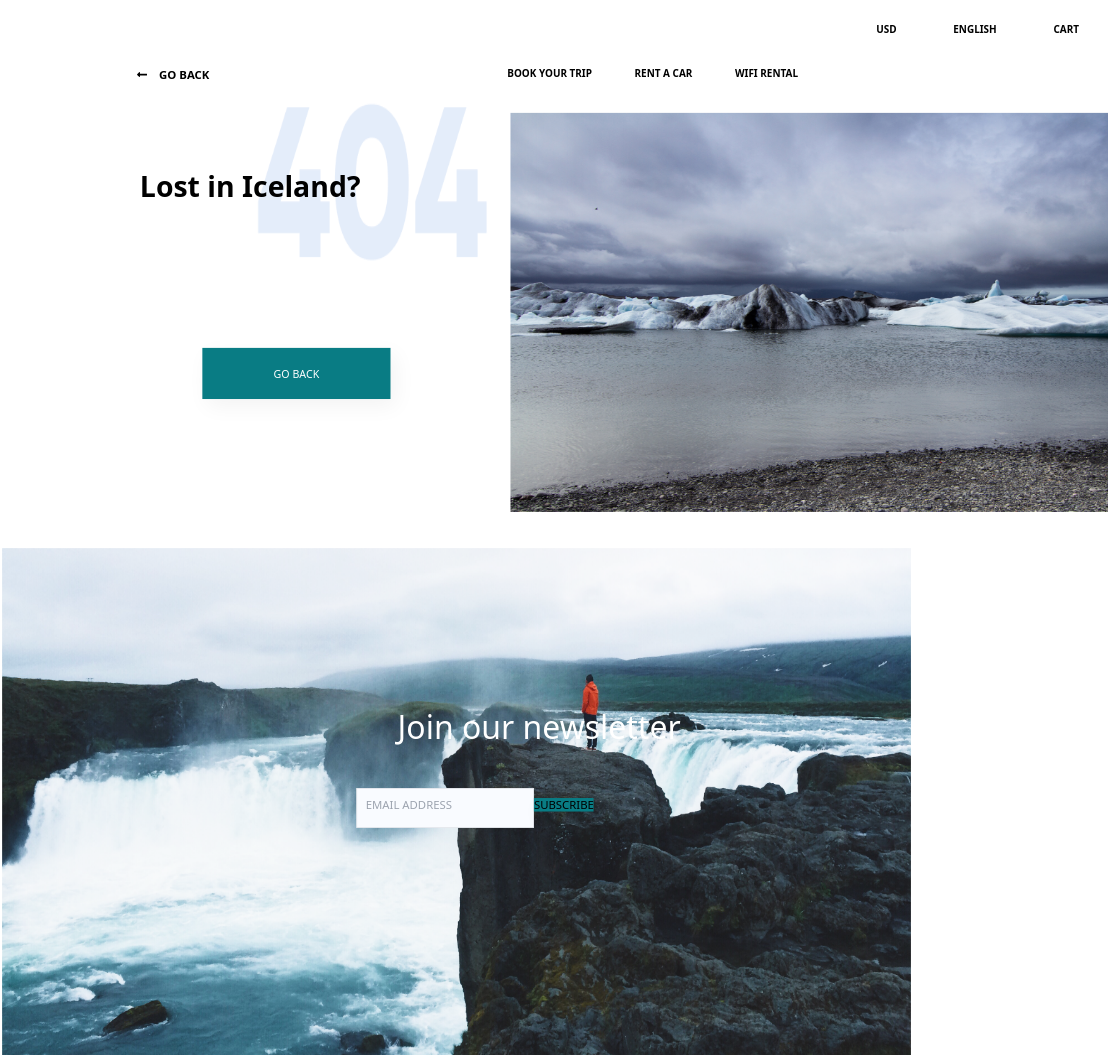
Repository: uh-sman/Iceland
Page: /
These files come from the project's save history. The page is drawn as it stood at one moment and after the next save; the edit follows.
The browser window is 1280 px wide. The page is 1561 px wide, so the pictures cover 1561 px, including what lies to the right of the window. The pictures show the whole page, at 71% of full size.
The project was rebuilt for these pictures with package versions that can differ from the ones it lists, and the page was loaded fresh each time.

Above is the page before, as saved 2022-09-08 23:09:57.

### src/App.js
import logo from "./logo.svg";
import "./App.css";
import { Topnav } from "./components/Topnav";
import { FullNav } from "./components/FullNav";
import { Body } from "./Body";

function App() {
  return (
    <div className="App">
      <FullNav />
      <Body />
    </div>
  );
}

export default App;

### src/App.css
* {
  margin: 0;
  padding: 0;
  /* scroll-behavior: none; */
}
.custom {
  background: #097c84;
  box-shadow: 7px 10px 30px rgba(0, 0, 0, 0.05);
  line-height: 18.57px;
}
.button {
  padding: 10px 5px 20px 12px;
  background: #f9fbff;
  border: 1px solid #e1e3e9;
}

### src/components/Topnav.js
import React from "react";

export const Topnav = () => {
  return (
    <div className="container w-full py-[31px]">
      <nav className="absolute left-[1234px]">
        <ul className="space-x-20 text-sm font-semibold">
          <a href="">USD</a>
          <a href="">ENGLISH</a>
          <a href="">CART</a>
        </ul>
      </nav>
    </div>
  );
};

### src/components/FullNav.jsx
import React from "react";
import { Bottomnav } from "./Bottomnav";
import { Hero } from "./Hero";
import { Newsletter } from "./Newsletter";
import { Topnav } from "./Topnav";

export const FullNav = () => {
  return (
    <div>
      <Topnav />
      <Bottomnav />
      <Hero />
      <div className="h-[51px]">{/* <Newsletter /> */}</div>
    </div>
  );
};

### src/Body.js
import React from "react";
import { Newsletter } from "./components/Newsletter";

export const Body = () => {
  return (
    <div>
      <Newsletter />
    </div>
  );
};

### src/components/Bottomnav.js
import React from "react";
import { FaLongArrowAltLeft } from "react-icons/fa";
export const Bottomnav = () => {
  return (
    <nav className="container w-full">
      <div className="py-[31px]">
        <div className="container">
          <h1 className="flex items-center gap-4 absolute left-[192px]">
            <FaLongArrowAltLeft />
            <a className=" cursor-pointer font-semibold text-md">GO BACK</a>
          </h1>
        </div>
        <div className="container">
          <div className="absolute right-[156px]">
            <ul className="space-x-[60px] text-sm font-semibold cursor-pointer">
              <a>BOOK YOUR TRIP</a>
              <a>RENT A CAR</a>
              <a>WIFI RENTAL</a>
            </ul>
          </div>
        </div>
      </div>
    </nav>
  );
};

### src/components/Hero.js
import React from "react";
import four from "../Assets/404.png";
import img from "../Assets/404 background 1.png";
import { Button } from "./Button";
export const Hero = () => {
  return (
    <div>
      <div className="container">
        <img
          src={four}
          className="absolute left-[363px] top-[146px] h-[221px] w-[323px]"
        />
      </div>
      <div className="container inset-3">
        <h1 className="font-semibold text-[40px] absolute left-[197px] top-[232px] ">
          Lost in Iceland?
        </h1>
      </div>
      <div className="container">
        <img
          src={img}
          className="absolute left-[719px] top-[159px] w-[842px] h-[562px]"
        />
      </div>
      <Button />
    </div>
  );
};

### src/components/Newsletter.js
import React from "react";
import adventure from "../Assets/adventure-makes-things-meaningful_t20_Vo0aX3 1.png";
export const Newsletter = () => {
  return (
    <div>
      <div className="container">
        <img
          src={adventure}
          className="absolute w-[1440px] h-[714px] left-[3px]
          top-[772px]"
        />
        <div className="container">
          <h1 className="text-[45px] font-[600px] absolute top-[990px] left-[560px] text-white">
            Join our newsletter
          </h1>
        </div>
        <div>
          <div className="absolute top-[1110px] w-[499px] h-[57px] left-[502px] box-border">
            <input
              placeholder="EMAIL ADDRESS"
              type="email"
              className="button"
            />
            <button className="custom">SUBSCRIBE</button>
          </div>
        </div>
      </div>
    </div>
  );
};

### src/components/Button.js
import React from "react";

export const Button = () => {
  return (
    <div>
      <div>
        <button className="absolute w-[265px] h-[72px] left-[285px] top-[490px] custom font-[700px] text-white text-[15px]">
          GO BACK
        </button>
      </div>
    </div>
  );
};

### tailwind.config.js
/** @type {import('tailwindcss').Config} */
module.exports = {
  content: ["./src/**/*.{html,js,jsx}"],
  theme: {
    screens: {
      sm: "480px",
      md: "768px",
      lg: "976px",
      xl: "1440px",
    },
    extend: {},
  },
  plugins: [],
};

Loaded but not shown: public/index.html (common file); src/index.js (common file); src/index.css (common file)

After the next save:
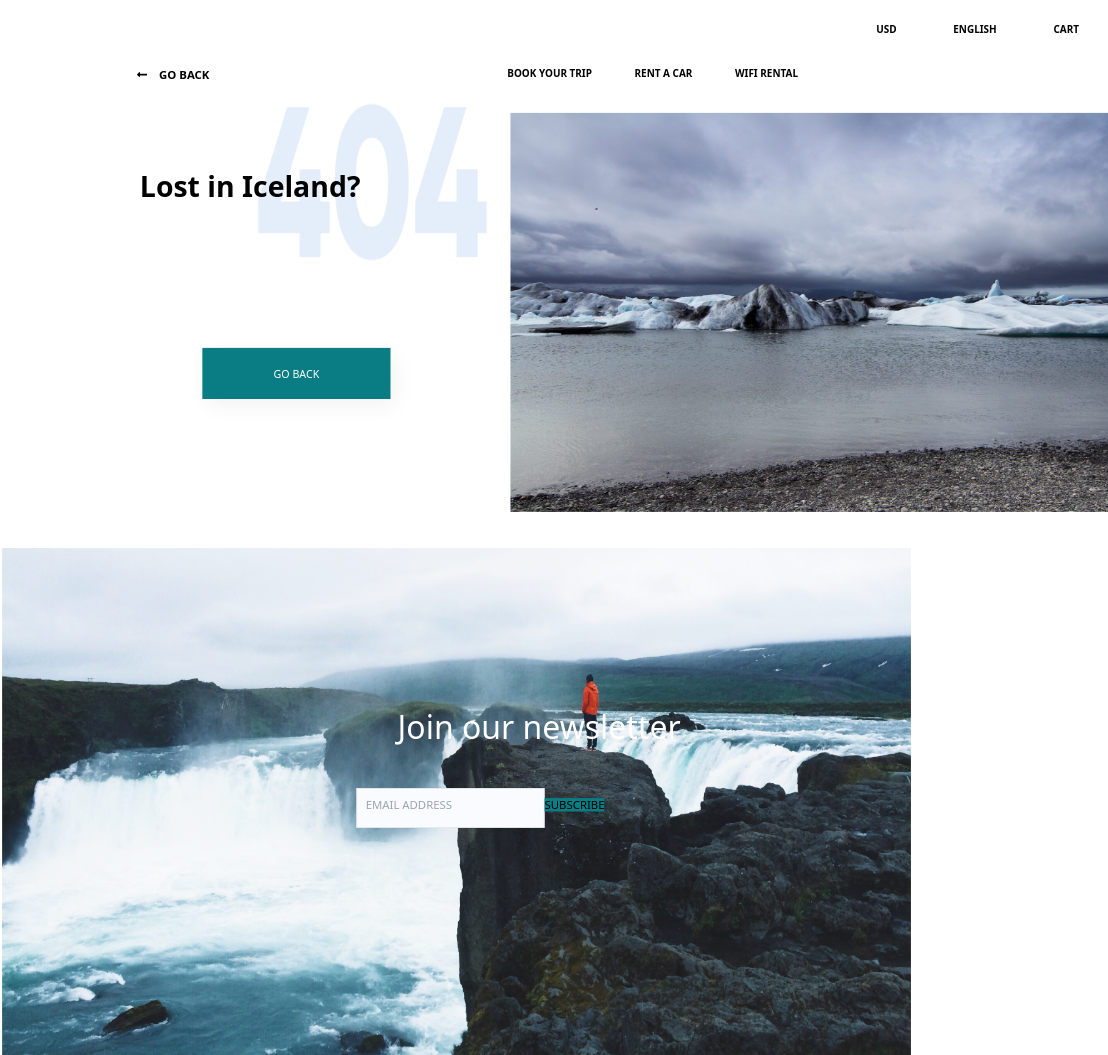
Saved 11 s later.
--- a/src/App.css
+++ b/src/App.css
@@ -9,7 +9,7 @@
   line-height: 18.57px;
 }
 .button {
-  padding: 10px 5px 20px 12px;
+  padding: 10px 20px 20px 12px;
   background: #f9fbff;
   border: 1px solid #e1e3e9;
 }
